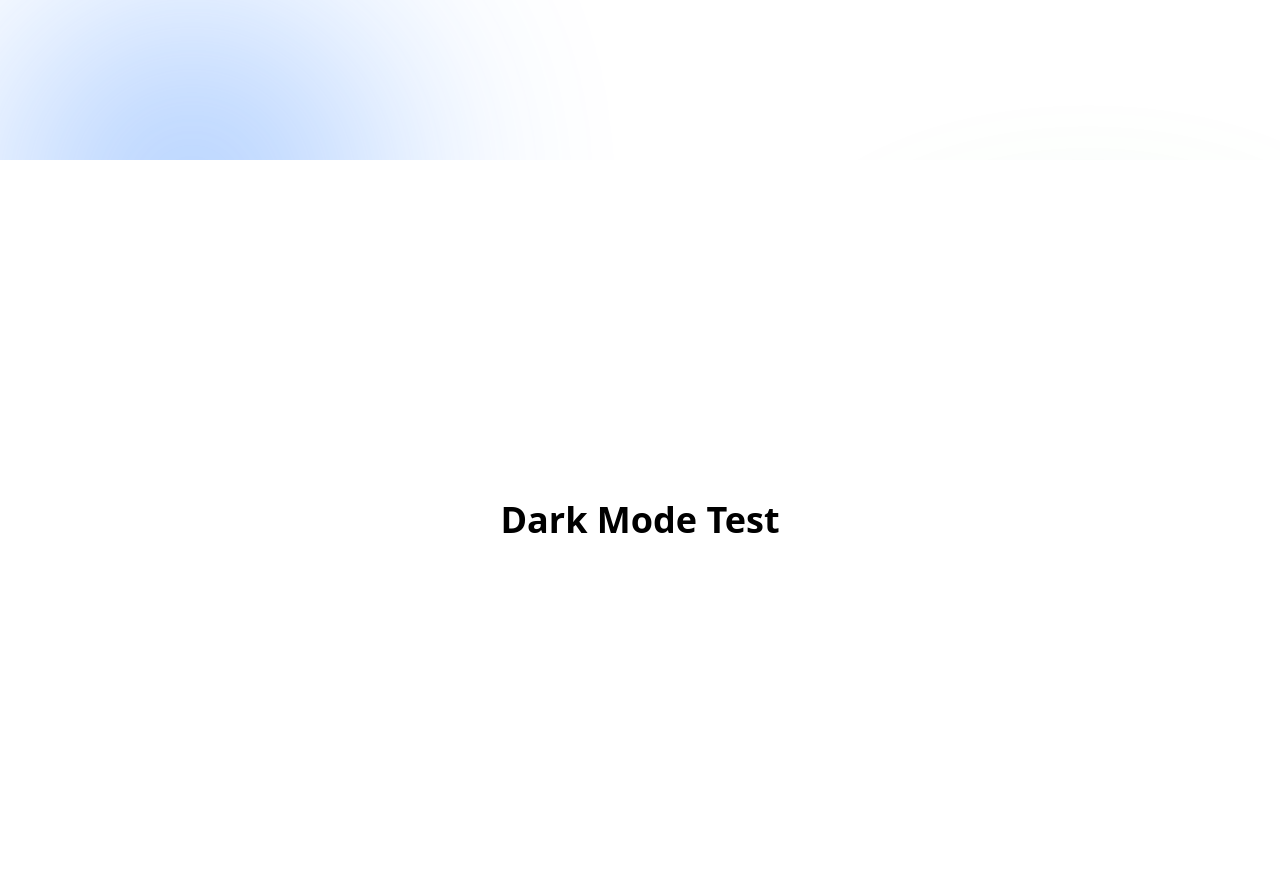
Repository: walaa-horani/AIEventNext.jsLinkedIn
Page: /
An editor plug-in stored every save of this project. The page is shown before and after the next save, followed by the edit.
The browser window is 1280 px wide. The pictures show the whole page.
The project was rebuilt for these pictures with package versions that can differ from the ones it lists, and the page was loaded fresh each time. The framework's server and built-in components were replaced by stand-ins that run in the browser. Also part of the build but not shown: next.config.ts.

Above is the page before, as saved 2025-12-13 11:27:56.

After the next save:
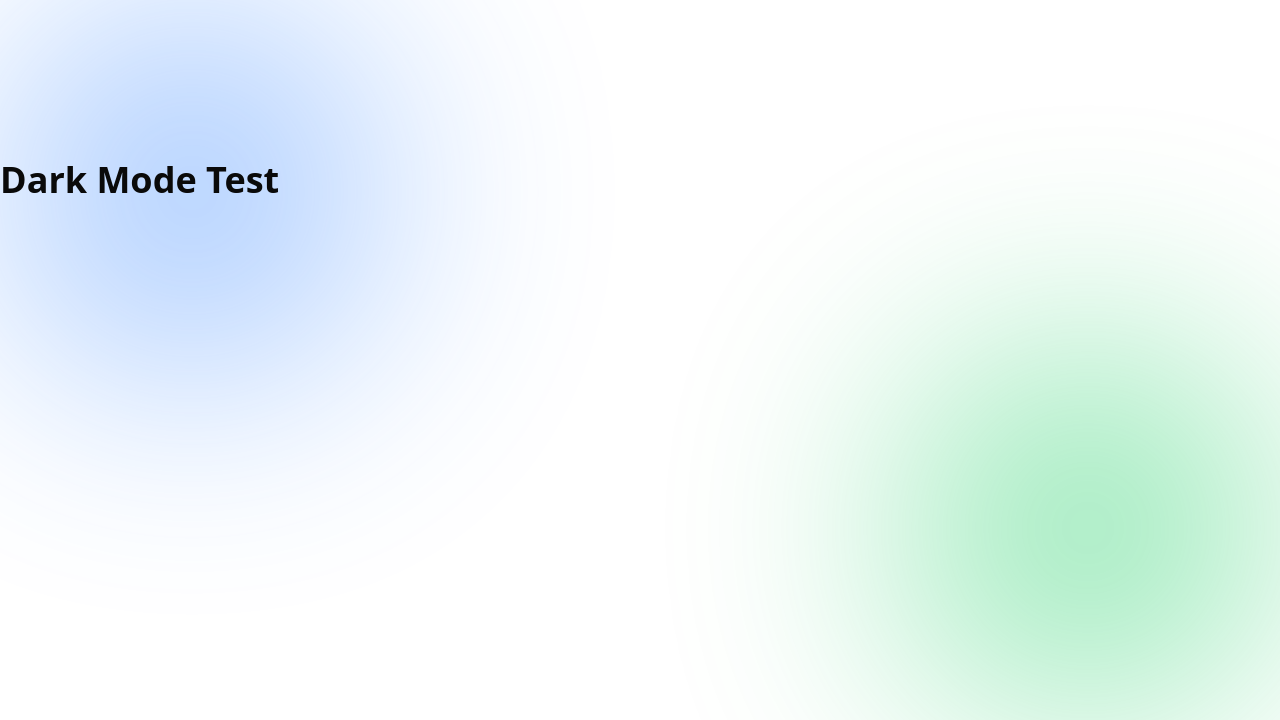
Saved 34 s later.
--- a/app/page.tsx
+++ b/app/page.tsx
@@ -1,6 +1,6 @@
 export default function Home() {
   return (
-    <div className="min-h-screen bg-white dark:bg-black text-black dark:text-white flex items-center justify-center">
+    <div className="">
       <h1 className="text-4xl font-bold">
         Dark Mode Test
       </h1>
